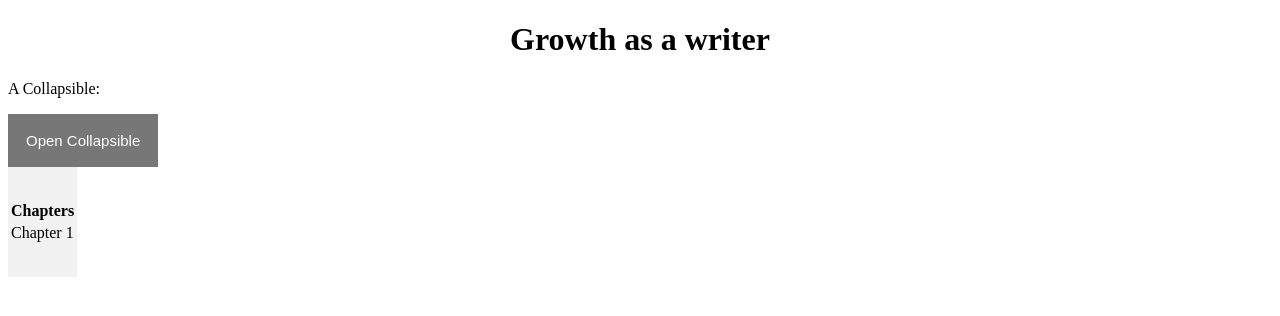
Repository: jpaisiem/WP-4
Page: index.html
The author's editor kept a copy of each file at every save. The page is drawn from the files as they stood at one save, then again after the next save.
The browser window is 1280 px wide. The pictures show the whole page.

Above is the page before, as saved 2025-04-29 12:13:29.

### index.html
<!DOCTYPE html>
<html>
<head>
<meta name="viewport" content="width=device-width, initial-scale=1">
<style>
.collapsible {
  background-color: #777;
  color: white;
  cursor: pointer;
  padding: 18px;
  width: fit-content;
  border: none;
  text-align: left;
  outline: none;
  font-size: 15px;
}

.active, .collapsible:hover {
  background-color: #555;
}

.content {
  display: flex;
  flex-direction: column;
  overflow: hidden;
  background-color: #f1f1f1;
  width: fit-content;
  height: fit-content;
}
</style>
</head>
<body>

<h1 style="text-align: center;">Growth as a writer</h1>

<p>A Collapsible:</p>
<button type="button" class="collapsible">Open Collapsible</button>
<div class="content">
  <p><table>
    <tr>
        <th>Chapters</th>
    </tr>
    <tr>
        <td>Chapter 1</td>
    </tr>
  </table></p>
</div>

<script>
var coll = document.getElementsByClassName("collapsible");
var i;

for (i = 0; i < coll.length; i++) {
  coll[i].addEventListener("click", function() {
    this.classList.toggle("active");
    var content = this.nextElementSibling;
    if (content.style.display === "block") {
      content.style.display = "none";
    } else {
      content.style.display = "block";
    }
  });
}
</script>

</body>
</html>

After the next save:
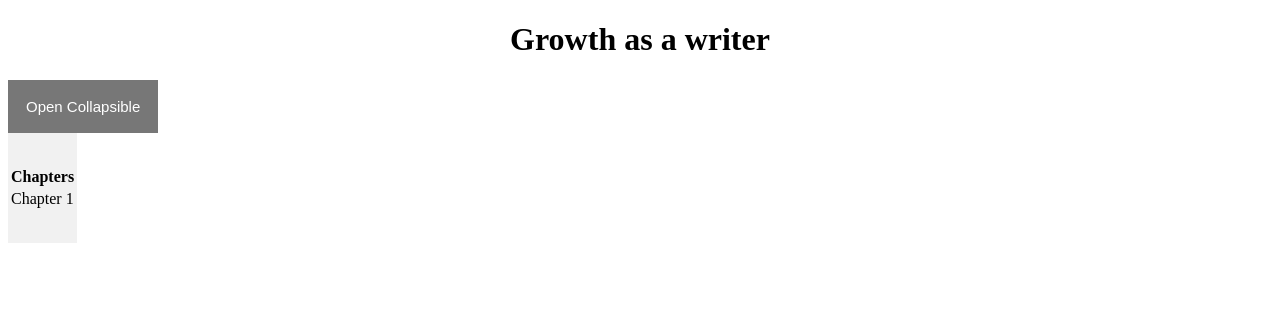
Saved 9 s later.
--- a/index.html
+++ b/index.html
@@ -32,8 +32,6 @@
 <body>
 
 <h1 style="text-align: center;">Growth as a writer</h1>
-
-<p>A Collapsible:</p>
 <button type="button" class="collapsible">Open Collapsible</button>
 <div class="content">
   <p><table>
